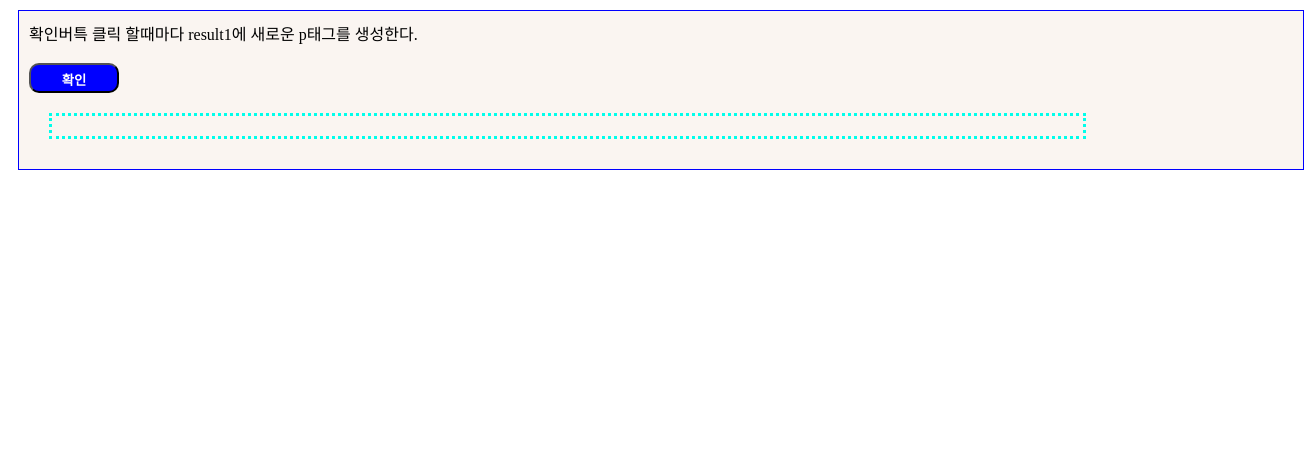
Repository: yul3220/WebProgrammingLecture
Page: jqpro/WebContent/2021-01-22/새로운태크만들기.html
These files come from the project's save history. The page is drawn as it stood at one moment and after the next save; the edit follows.
The browser window is 1280 px wide. The page is 1304 px wide, so the pictures cover 1304 px, including what lies to the right of the window. The pictures show the whole page.

Above is the page before, as saved 2021-01-22 02:15:19.

After the next save:
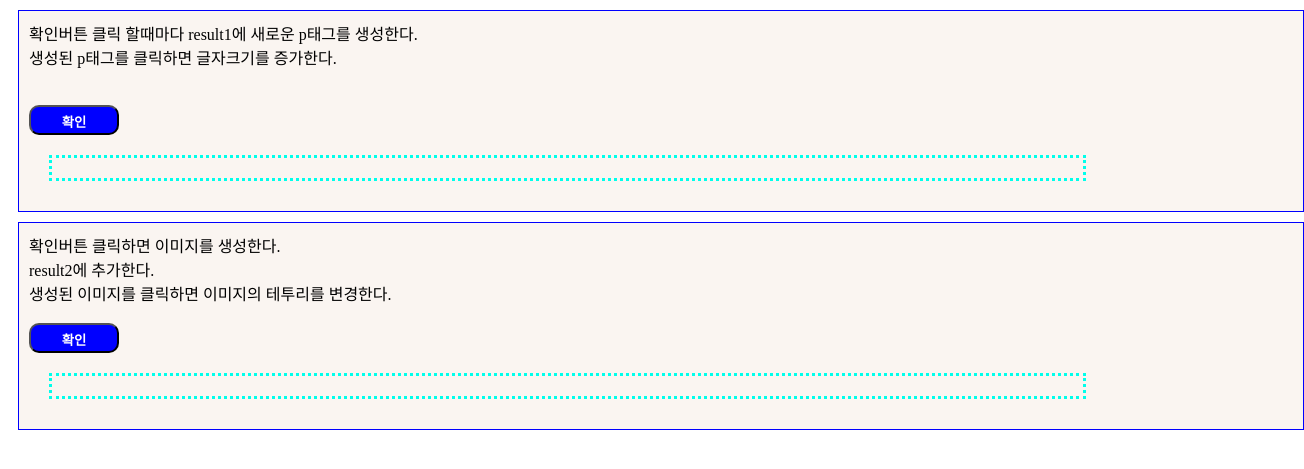
Saved 66 s later.
--- a/jqpro/WebContent/2021-01-22/새로운태크만들기.html
+++ b/jqpro/WebContent/2021-01-22/새로운태크만들기.html
@@ -9,17 +9,78 @@
 </style>
 <script>
 	$(function(){
+		arr = ["Hello!!", "Happy~~", "Good~~", "오늘은 금요일..","내일은 토요일", "무궁화 꽃", "즐거운 오후"];
 
+		$(".box1 input:button").on("click", function(){
+			//랜덤 발생(0~arr.length)
+			rnd = Math.floor(Math.random()*arr.length);
+
+			// p태그를 생성
+			//p = $("<p class='aa' onclick='proc1(this)'>"+ arr[rnd]+"</p>");
+
+			p = $("<p></p>", {
+				"class" : "aa",
+				"text" : arr[rnd],
+				"click" : function(){
+					$(this).css("font-size","+=5px");
+				}
+
+			})
+
+			// result1에 p태그를 추가
+			$(p).appendTo($("#result1"));
+		})
+
+		$(".box2 input:button").on("click", function(){
+			//이미지 배열
+			image = ["킹스맨.jpg", "커피.jpg", "커피2.jpg", "핫초코.jpg","카푸치노.jpg","카푸치노.jpg","딸기스무디.jpg"];
+
+			//랜덤발생
+			rnd = Math.floor(Math.random()*image.length);
+
+			/*aa = $(" <image src='../images/" + image[rnd]+ "' alt='사진' onclick='proc2(this)' width='30%'> ");*/
+			aa  = $("<img>", {
+				"src" : "../images/" + image[rnd],
+				"click" : function(){
+					$(this).css("border", "4px dotted blue");
+				},
+				"class" : "il",
+				"width" : "100px",
+				"height" : "100px"
+			})
+
+			//result2에 추가
+			$(aa).appendTo($("#result2"));
+		})
 	})
+
+	/*function proc1(aa){//클릭한 p가 aa가 된다.
+		$(aa).css("font-size","+=5px");
+	}*/
+
+	/*function proc2(bb){
+		$(bb).css("border", "4px solid blue");
+	}*/
 </script>
 </head>
 <body>
-<div class="box">
-    확인버특 클릭 할때마다 result1에 새로운 p태그를 생성한다.
+<div class="box box1">
+    확인버튼 클릭 할때마다 result1에 새로운 p태그를 생성한다.<br>
+    생성된 p태그를 클릭하면 글자크기를 증가한다.<br>
     <br><br>
     <input type="button" value="확인"/>
 
     <div id="result1"></div>
 </div>
+
+<div class="box box2">
+    확인버튼 클릭하면 이미지를 생성한다.<br>
+    result2에 추가한다.<br>
+    생성된 이미지를 클릭하면 이미지의 테투리를 변경한다.
+    <br><br>
+    <input type="button" value="확인"/>
+
+    <div id="result2"></div>
+</div>
 </body>
 </html>
